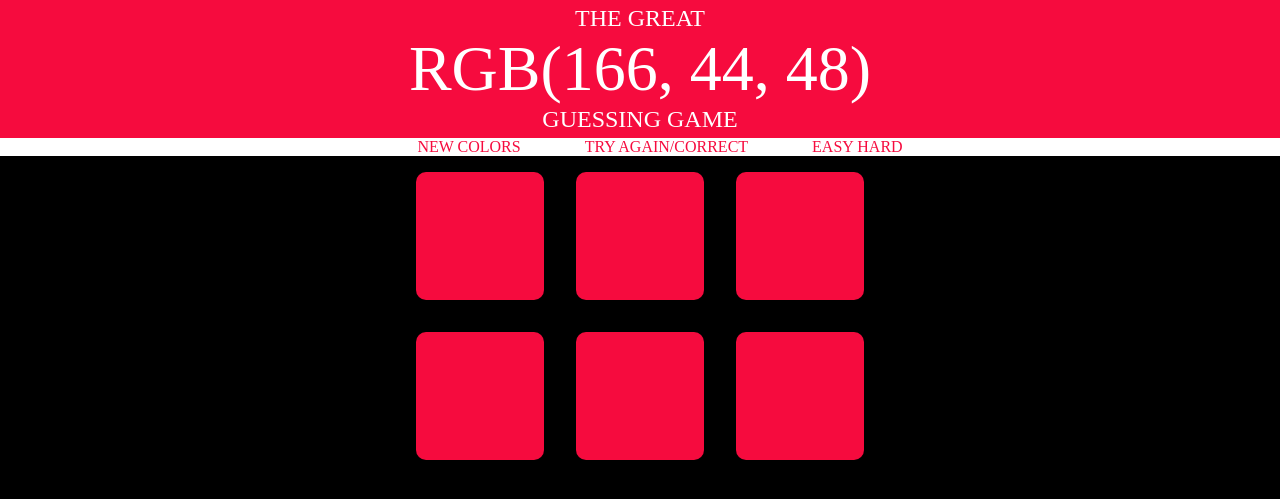
Repository: EEOOOO/javascript-projects
Page: rgbColorGameApp/index.html
The author's editor kept a copy of each file at every save. The page is drawn from the files as they stood at one save, then again after the next save.
The browser window is 1280 px wide. The pictures show the whole page.
After loading, the first visible `div.playNewGameButton` was clicked once.

Above is the page before, as saved 2022-07-18 19:41:19.

After the next save:
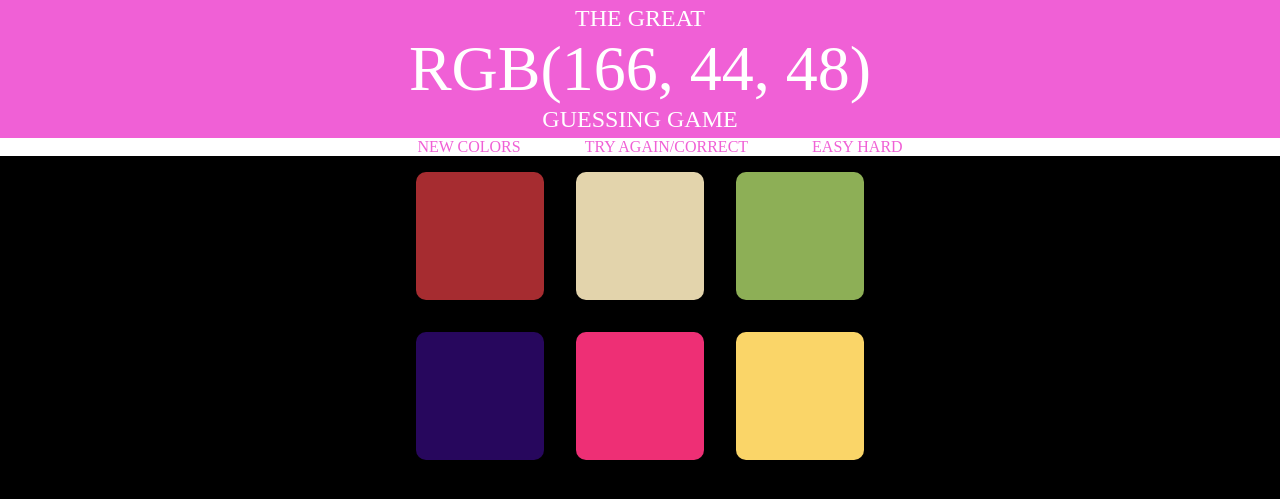
Console error: TypeError: Cannot read properties of undefined (reading 'style')
Saved 42 s later.
--- a/rgbColorGameApp/rgbColorGame.js
+++ b/rgbColorGameApp/rgbColorGame.js
@@ -10,7 +10,6 @@ let colorBox = document.querySelectorAll(".colorBox");
 playGameBtn.addEventListener('click',()=>{
     console.log('play');
     initGame();
-    console.log(colorBox);
 });
 gameModes.addEventListener('click',(event)=>{
     if (event.target.tagName == 'SPAN'){
@@ -27,7 +26,7 @@ function initGame(){
     let answer = randomColors[0];
     rgbQuestion.textContent = answer;
     for (let i = 0; i < randomColors.length; i++){
-
+        colorBox[i].style.backgroundColor = randomColors[i];
     }
     // 그 중 마지막 색으로 헤더 색 변경
     let initHeaderColor = randomColors[randomColors.length-1];
